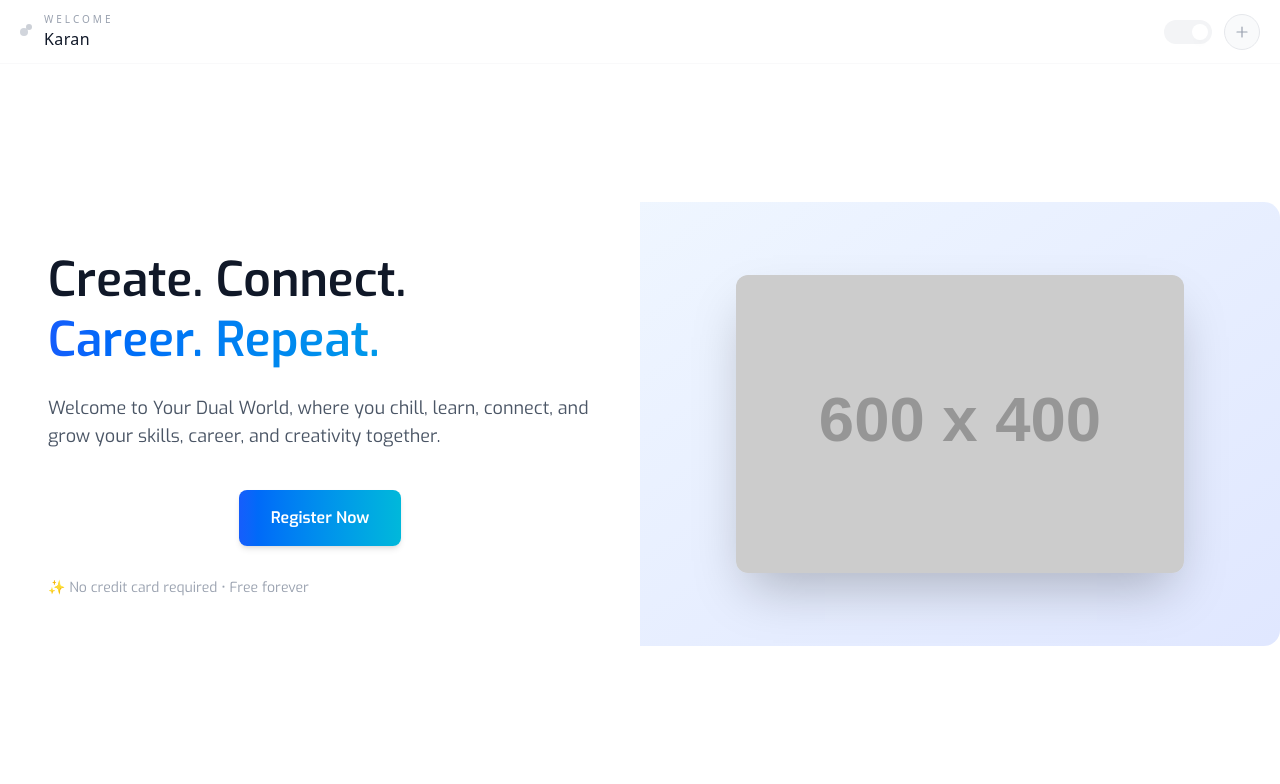
Repository: deepak445566/job
Page: / (app in frontend/)
These files come from the project's save history. The page is drawn as it stood at one moment and after the next save; the edit follows.
The browser window is 1280 px wide. The pictures show the whole page.
The page's requests for data from a server got no answer. Some web fonts or font styles are not loaded; a fallback is used. The project was rebuilt for these pictures with package versions that can differ from the ones it lists, and the page was loaded fresh each time. Some packages were replaced by stand-ins written for this rebuild. No one was signed in, and anything a server would have sent is missing. Also part of the build but not shown: frontend/vite.config.js, frontend/src/Components/auth/Login.jsx, frontend/src/Components/study/StudyDashboard.jsx, frontend/src/Components/chill/ChillDashboard.jsx.

Above is the page before, as saved 2026-02-26 14:07:38.

### frontend/index.html
<!doctype html>
<html lang="en">
  <head>
    <meta charset="UTF-8" />
    <link rel="icon" type="image/svg+xml" href="/vite.svg" />
    <meta name="viewport" content="width=device-width, initial-scale=1.0" />
    <title>frontend</title>
    <link rel="preconnect" href="https://fonts.googleapis.com">
<link rel="preconnect" href="https://fonts.gstatic.com" crossorigin>
<link href="https://fonts.googleapis.com/css2?family=Exo:ital,wght@0,100..900;1,100..900&family=Playfair+Display:ital,wght@0,400..900;1,400..900&display=swap" rel="stylesheet">
  </head>
  <body>
    <div id="root"></div>
    <script type="module" src="/src/main.jsx"></script>
  </body>
</html>

### frontend/src/main.jsx
import { StrictMode } from 'react'
import { createRoot } from 'react-dom/client'
import './index.css'
import App from './App.jsx'
import {BrowserRouter} from 'react-router-dom'
import { AppContextProvider } from './context/AppContextProvider.jsx'




createRoot(document.getElementById('root')).render(
  <BrowserRouter>
  <AppContextProvider>
  <StrictMode>
    <App />
  </StrictMode>
  </AppContextProvider>
  </BrowserRouter>
)

### frontend/src/index.css
@import "tailwindcss";
.exo{
  font-family: "Exo", sans-serif;

  font-style: normal;
}

### frontend/src/App.jsx
import React from "react";
import Login from "./Components/auth/Login";
import { Route, Routes } from "react-router-dom";
import Dashboard from "./Components/Dashboard";
import { useAppContext } from "./context/AppContextProvider";
import Navbar from "./Components/common/Navbar";

function App() {
  const { showLogin } = useAppContext(); // user bhi lein context se

  return (
    <div>
      {/* Navbar hamesha dikhega */}
      <Navbar />

      {/* Login modal - tabhi dikhega jab showLogin true ho */}
      {showLogin && <Login />}

      <Routes>
        <Route path="/" element={<Dashboard />} />
      </Routes>
    </div>
  );
}

export default App;

### frontend/src/context/AppContextProvider.jsx
import { useContext, useEffect, useState } from "react";
import { useNavigate } from "react-router-dom";
import axios from "axios";
import { AppContext } from "./AppContext";
import toast from 'react-hot-toast';

axios.defaults.withCredentials = true;
axios.defaults.baseURL = import.meta.env.VITE_BACKEND_URL;
console.log("Base URL:", import.meta.env.VITE_BACKEND_URL);

export const AppContextProvider = ({ children }) => {
  const navigate = useNavigate();
  const [user, setUser] = useState(null);
  const [mode, setMode] = useState('chill'); // Default 'chill' ya 'study'
  const [showLogin, setShowLogin] = useState(false);
  const [loading, setLoading] = useState(true);

  const fetchUser = async () => {
    try {
      const { data } = await axios.get("/api/auth/isauth");
      if (data.success) {
        setUser(data.user);
        // User login hai toh uski mode fetch karo
        fetchUserMode();
      }
    } catch (error) {
      setUser(null);
    } finally {
      setLoading(false);
    }
  };

  // User ka mode fetch karne ka function
  const fetchUserMode = async () => {
    try {
      const { data } = await axios.get("/api/mode/");
      if (data.success) {
        setMode(data.mode);
      }
    } catch (error) {
      console.log("Error fetching mode:", error);
    }
  };

  // Mode toggle karne ka function
  const toggleMode = async () => {
    if (!user) {
      toast.error("Please login first");
      setShowLogin(true);
      return;
    }

    try {
      const { data } = await axios.put("/api/mode/switch");
      if (data.success) {
        setMode(data.mode);
        toast.success(data.message);
      }
    } catch (error) {
      toast.error(error.response?.data?.message || "Error switching mode");
    }
  };

  useEffect(() => {
    fetchUser();
  }, []);

  return (
    <AppContext.Provider
      value={{
        navigate,
        user,
        setUser,
        axios,
        setShowLogin,
        showLogin,
        mode,
        setMode,
        toggleMode,
        loading
      }}
    >
      {children}
    </AppContext.Provider>
  );
};

export const useAppContext = () => useContext(AppContext);

### frontend/src/Components/Dashboard.jsx
// components/Dashboard.jsx
import React from 'react';
import { useAppContext } from '../context/AppContextProvider';
import StudyDashboard from './study/StudyDashboard';
import ChillDashboard from './chill/ChillDashboard';

function Dashboard() {
  const { mode, user, setShowLogin, loading } = useAppContext();

  // Loading state
  if (loading) {
    return (
      <div className="min-h-screen flex items-center justify-center">
        <div className="text-center">
          <div className="w-16 h-16 border-4 border-blue-500 border-t-transparent rounded-full animate-spin mx-auto mb-4"></div>
          <p className="text-gray-600">Loading dashboard...</p>
        </div>
      </div>
    );
  }

  // Agar user login nahi hai
  if (!user) {
    return (
     <div className="min-h-screen  flex items-center justify-center  exo">

      <div className=" w-full   rounded-2xl overflow-hidden flex flex-col md:flex-row">

        {/* Left side: Text and button */}
        <div className="w-full md:w-1/2 p-5 sm:p-10 lg:p-12 flex flex-col justify-center space-y-6">
          {/* Heading */}
          <h1 className="text-4xl sm:text-5xl font-semibold text-gray-900 leading-tight">
           Create. Connect.
            <span className="text-transparent bg-clip-text bg-gradient-to-r from-blue-600 to-cyan-500 block ">
            Career. Repeat.
            </span>
          </h1>

          {/* Paragraph */}
          <p className="text-lg text-gray-600 ">
           Welcome to Your Dual World, where you chill, learn, connect, and grow your skills, career, and creativity together.
          </p>

          {/* Register Now Button */}
          <div className="pt-4 flex justify-center">
            <button className="px-8 py-4 bg-gradient-to-r from-blue-600 to-cyan-500 text-white font-semibold rounded-lg shadow-md hover:shadow-lg transform hover:scale-105 transition-all duration-300 ease-in-out focus:outline-none focus:ring-2 focus:ring-blue-400 focus:ring-offset-2">
              Register Now
            </button>
          </div>

          {/* Optional extra trust indicator */}
          <p className="text-sm text-gray-400 pt-2">✨ No credit card required • Free forever</p>
        </div>

        {/* Right side: Image */}
        <div className="w-full md:w-1/2 bg-gradient-to-br from-blue-50 to-indigo-100 flex items-center justify-center p-8 sm:p-10 lg:p-12">
          {/*
            Using a placeholder image from placeholder.com.
            Replace the src with your own image.
            The image is made responsive with object-fit to maintain aspect ratio.
          */}
          <img
            src="https://placehold.co/600x400/3b82f6/ffffff/png?text=Your+Image+Here&font=montserrat"
            alt="Hero visual representing our platform"
            className="w-full h-auto max-w-md rounded-xl shadow-2xl object-cover transform hover:scale-105 transition-transform duration-500"
          />
        </div>
      </div>
    </div>
    );
  }

  // Mode ke hisaab se dashboard render karo
  return (
    <div className="transition-all duration-500">
      {mode === 'study' ? <StudyDashboard /> : <ChillDashboard />}
    </div>
  );
}

export default Dashboard;

### frontend/src/Components/common/Navbar.jsx
import React, { useState } from "react";
import { useAppContext } from "../../context/AppContextProvider";
import toast from "react-hot-toast";

function Navbar() {
  const { user, setUser, axios, setShowLogin, navigate, mode, toggleMode } =
    useAppContext();
  const [loggingOut, setLoggingOut] = useState(false);
  const [togglingMode, setTogglingMode] = useState(false);
  const [showProfileMenu, setShowProfileMenu] = useState(false);

  const handleLogout = async () => {
    try {
      setLoggingOut(true);
      const { data } = await axios.post("/api/auth/logout");
      if (data.success) {
        setUser(null);
        setShowLogin(true);
        toast.success("Logged out successfully");
        navigate("/");
      } else {
        toast.error(data.message || "Logout failed");
      }
    } catch (error) {
      toast.error(error.response?.data?.message || "Error logging out");
    } finally {
      setLoggingOut(false);
      setShowProfileMenu(false);
    }
  };

  const handleToggleMode = async () => {
    try {
      setTogglingMode(true);
      await toggleMode();
    } catch (error) {
      console.error("Error toggling mode:", error);
    } finally {
      setTogglingMode(false);
    }
  };

  const handleProfileClick = () => {
    if (user) {
      setShowProfileMenu(!showProfileMenu);
    } else {
      setShowLogin(true);
    }
  };

  // Get first letter of name for avatar
  const getInitial = () => {
    if (user?.username) return user.username[0].toUpperCase();
    if (user?.email) return user.email[0].toUpperCase();
    return 'K';
  };

  return (
    <nav className="bg-white/80 backdrop-blur-xl px-5 py-3 border-b border-gray-100/50 sticky top-0 z-50">
      <div className="flex justify-between items-center max-w-7xl mx-auto">
        {/* Left Side - Minimal Luxury Greeting */}
        <div className="flex items-center gap-4">
          {/* Ultra-minimal greeting dot */}
          <div className="relative">
            <div className="w-2 h-2 bg-gray-300 rounded-full"></div>
            <div className="absolute -top-1 -right-1 w-1.5 h-1.5 bg-gray-400 rounded-full opacity-50"></div>
          </div>

          {/* Name with exquisite typography */}
          <div className="flex flex-col">
            <span className="text-[10px] uppercase tracking-[0.3em] text-gray-400 font-light">
              Welcome
            </span>
            <div className="flex items-center gap-2">
              <span className="text-base font-light text-gray-900 tracking-wide">
                {user?.username || user?.email?.split('@')[0] || 'Karan'}
              </span>
              {user && (
                <span className="w-1 h-1 bg-gray-300 rounded-full"></span>
              )}
            </div>
          </div>
        </div>

        {/* Right Side - Ultra Minimal Actions */}
        <div className="flex items-center gap-3">
          {/* Mode Toggle - Refined Switch */}
          <button
            onClick={handleToggleMode}
            disabled={togglingMode || !user}
            className={`relative w-12 h-6 rounded-full transition-all duration-700 ${
              user
                ? mode === 'study'
                  ? 'bg-gray-900'
                  : 'bg-gray-400'
                : 'bg-gray-100 cursor-not-allowed'
            }`}
            title={!user ? "Login to switch mode" : `Switch to ${mode === 'study' ? 'Chill' : 'Study'}`}
          >
            <span
              className={`absolute top-1 left-1 w-4 h-4 bg-white rounded-full shadow-xl transform transition-all duration-500 ease-in-out ${
                mode === 'chill' ? 'translate-x-6' : ''
              }`}
            />
          </button>

          {/* Profile - Museum Quality */}
          <div className="relative">
            <button
              onClick={handleProfileClick}
              className="group relative focus:outline-none"
            >
              {/* Ultra subtle ring */}
              {user && (
                <div className="absolute -inset-0.5 bg-gradient-to-r from-gray-200 to-gray-300 rounded-full opacity-0 group-hover:opacity-100 transition-opacity duration-500 blur-[1px]"></div>
              )}

              {/* Minimal Avatar */}
              <div className={`relative w-9 h-9 rounded-full flex items-center justify-center transition-all duration-300 ${
                user
                  ? 'bg-gray-900 text-white border border-white/20'
                  : 'bg-gray-50 text-gray-400 border border-gray-200'
              }`}>
                {user ? (
                  <span className="text-xs font-light tracking-wider">{getInitial()}</span>
                ) : (
                  <svg width="16" height="16" viewBox="0 0 16 16" fill="none" xmlns="http://www.w3.org/2000/svg">
                    <path d="M8 3V13M3 8H13" stroke="currentColor" strokeWidth="1.2" strokeLinecap="round"/>
                  </svg>
                )}
              </div>
            </button>

            {/* Profile Menu - Minimal Luxury Dropdown */}
            {showProfileMenu && user && (
              <>
                {/* Backdrop */}
                <div
                  className="fixed inset-0 z-40"
                  onClick={() => setShowProfileMenu(false)}
                />

                {/* Menu Card - Like a luxury boutique */}
                <div className="absolute right-0 mt-3 w-56 bg-white/95 backdrop-blur-xl rounded-2xl shadow-[0_20px_40px_-15px_rgba(0,0,0,0.1)] border border-gray-100/80 z-50 overflow-hidden">
                  {/* User Info - Minimal */}
                  <div className="px-5 py-4 border-b border-gray-100/50">
                    <p className="text-xs text-gray-400 uppercase tracking-[0.2em] mb-2 font-light">
                      Account
                    </p>
                    <p className="text-sm font-medium text-gray-900 mb-0.5">
                      {user.username || 'User'}
                    </p>
                    <p className="text-xs text-gray-400 truncate font-light">
                      {user.email || 'user@example.com'}
                    </p>
                  </div>

                  {/* Menu Items - Refined */}
                  <div className="p-2">
                    <button
                      onClick={() => {
                        setShowProfileMenu(false);
                        navigate('/profile');
                      }}
                      className="w-full px-4 py-2.5 text-left hover:bg-gray-50/80 rounded-xl transition-all duration-200 flex items-center gap-3 text-gray-600 group"
                    >
                      <span className="text-sm opacity-50 group-hover:opacity-100 transition-opacity">👤</span>
                      <span className="text-xs font-light tracking-wide">Profile</span>
                    </button>

                    <button
                      onClick={() => {
                        setShowProfileMenu(false);
                        navigate('/settings');
                      }}
                      className="w-full px-4 py-2.5 text-left hover:bg-gray-50/80 rounded-xl transition-all duration-200 flex items-center gap-3 text-gray-600 group"
                    >
                      <span className="text-sm opacity-50 group-hover:opacity-100 transition-opacity">⚙️</span>
                      <span className="text-xs font-light tracking-wide">Settings</span>
                    </button>

                    <div className="h-px bg-gray-100/50 my-2"></div>

                    <button
                      onClick={handleLogout}
                      disabled={loggingOut}
                      className="w-full px-4 py-2.5 text-left hover:bg-red-50/50 rounded-xl transition-all duration-200 flex items-center gap-3 text-red-400 group"
                    >
                      <span className="text-sm opacity-50 group-hover:opacity-100 transition-opacity">🚪</span>
                      <span className="text-xs font-light tracking-wide flex-1">
                        {loggingOut ? "Exiting..." : "Sign out"}
                      </span>
                      {loggingOut && (
                        <span className="w-3 h-3 border border-red-300 border-t-transparent rounded-full animate-spin" />
                      )}
                    </button>
                  </div>
                </div>
              </>
            )}
          </div>
        </div>
      </div>
    </nav>
  );
}

export default Navbar;

Loaded but not shown: frontend/src/context/AppContext.jsx (common file)

After the next save:
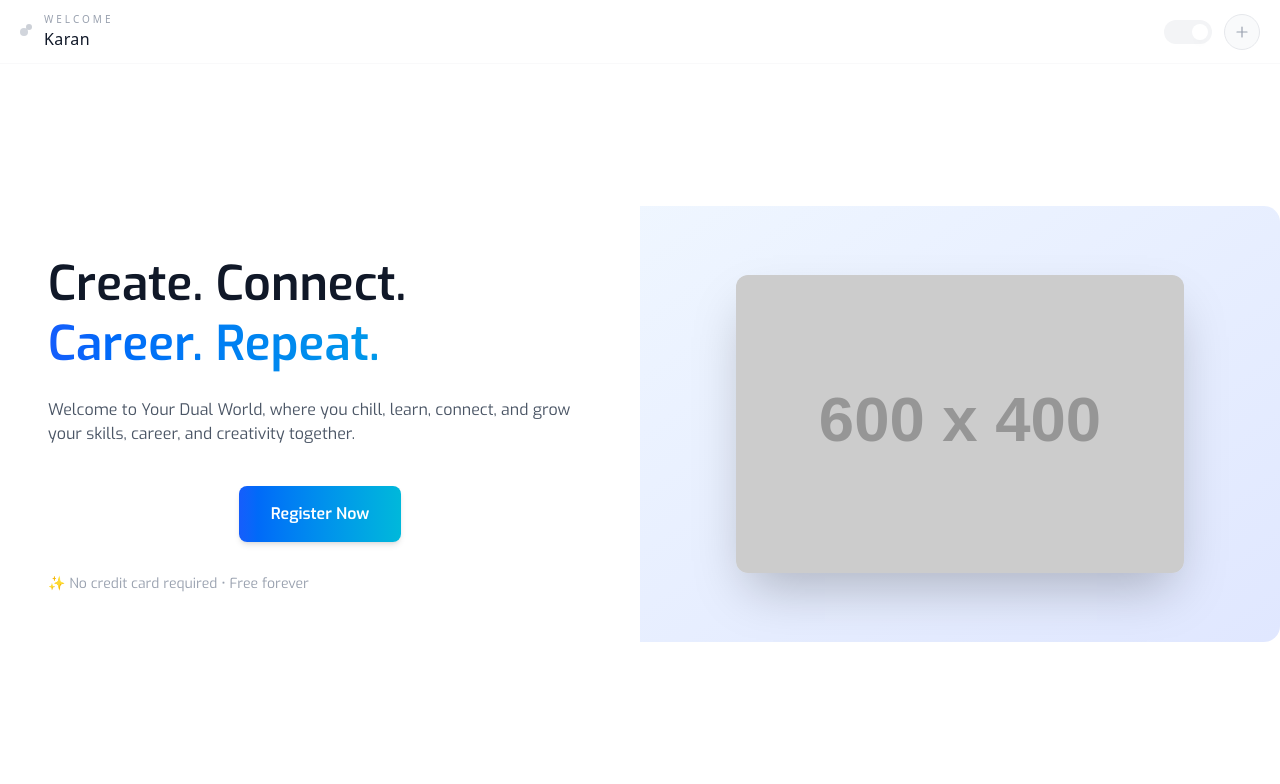
Saved 9 s later.
--- a/frontend/src/Components/Dashboard.jsx
+++ b/frontend/src/Components/Dashboard.jsx
@@ -37,7 +37,7 @@
           </h1>
 
           {/* Paragraph */}
-          <p className="text-lg text-gray-600 ">
+          <p className="text-md text-gray-600 ">
            Welcome to Your Dual World, where you chill, learn, connect, and grow your skills, career, and creativity together.
           </p>
 

After the save that followed:
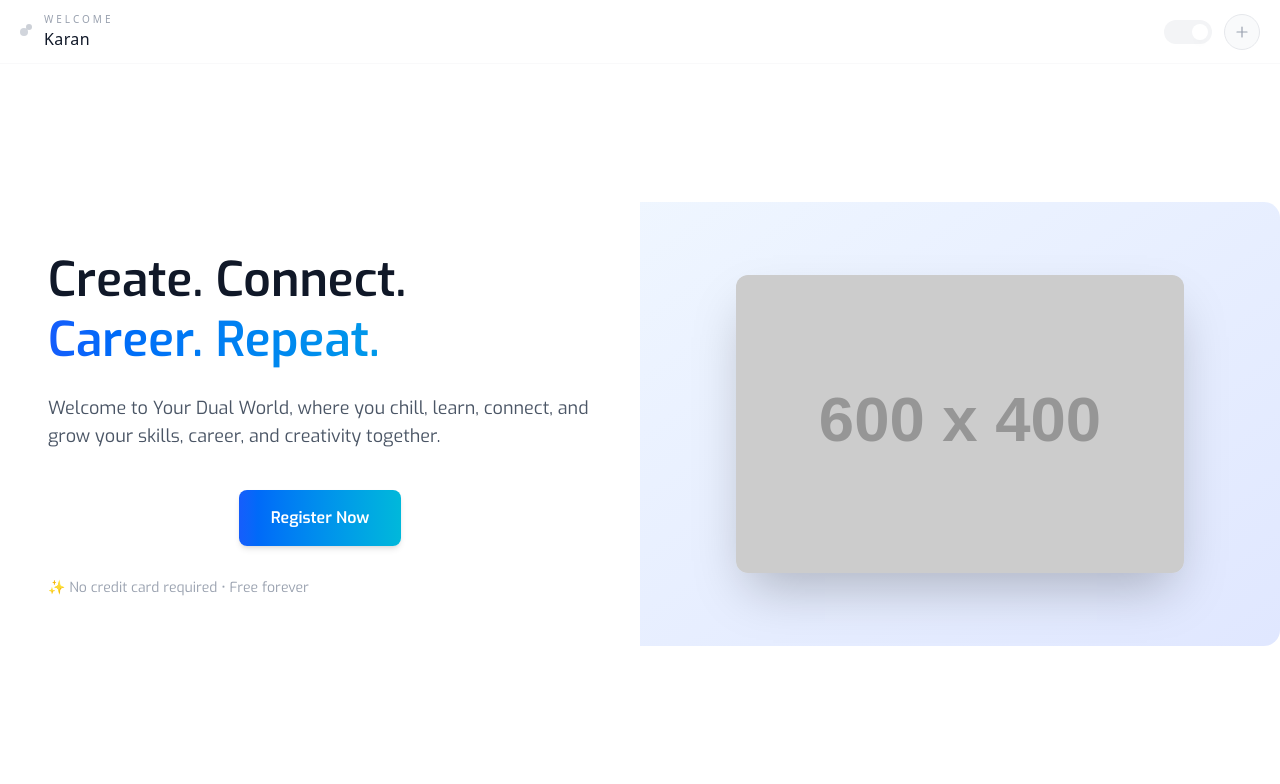
Saved 4 s later.
--- a/frontend/src/Components/Dashboard.jsx
+++ b/frontend/src/Components/Dashboard.jsx
@@ -37,7 +37,7 @@
           </h1>
 
           {/* Paragraph */}
-          <p className="text-md text-gray-600 ">
+          <p className="text-lg text-gray-600 ">
            Welcome to Your Dual World, where you chill, learn, connect, and grow your skills, career, and creativity together.
           </p>
 
